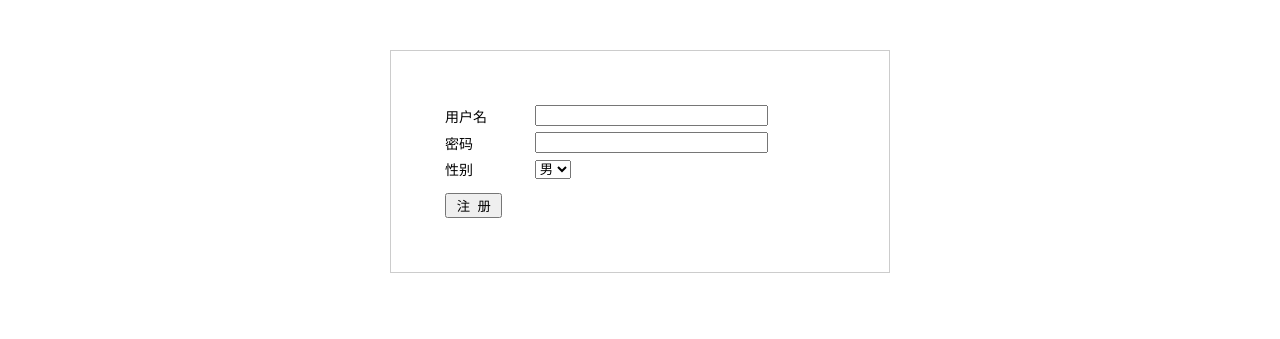
Repository: tangqingyun/java
Page: http://localhost/tamny_blog/Reg.jsp
The author's editor kept a copy of each file at every save. The page is drawn from the files as they stood at one save, then again after the next save.
The browser window is 1280 px wide. The pictures show the whole page.
The page is served by Tomcat 9. Nobody is signed in. The application's start-up code is not run.

Above is the page before, as saved 2015-01-21 07:51:20.

After the next save:
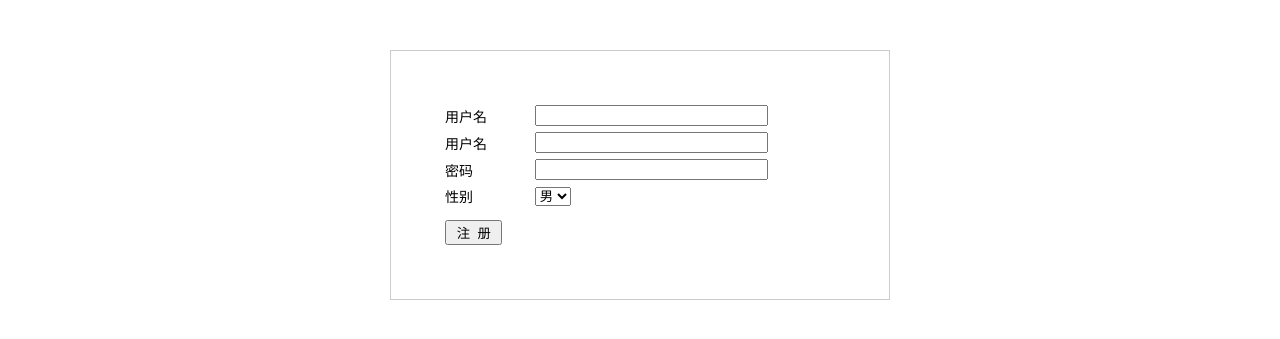
Saved 3 min 59 s later.
--- a/tamny_blog/WebContent/Reg.jsp
+++ b/tamny_blog/WebContent/Reg.jsp
@@ -20,7 +20,10 @@
 				<td>用户名</td>
 				<td><input type="text" name="user.username" size="26" /></td>
 			</tr>
-
+			<tr>
+				<td>用户名</td>
+				<td><input type="text" name="user.username" size="26" /></td>
+			</tr>
 			<tr>
 				<td>密码</td>
 				<td><input type="text" name="user.userpwd" size="26" /></td>
